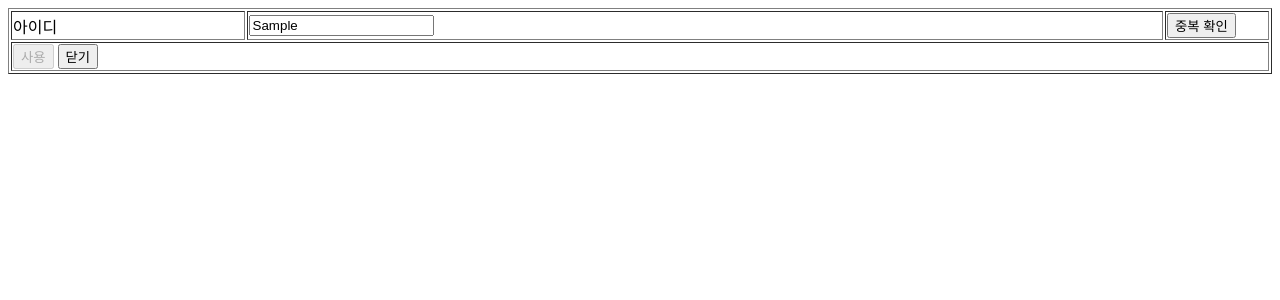
Repository: Leewonhoo/kostaweb
Page: Jsp_sample/WebContent/idchecked.html
These files come from the project's save history. The page is drawn as it stood at one moment and after the next save; the edit follows.
The browser window is 1280 px wide. The pictures show the whole page.
Empty fields were first filled with sample values (such as "Sample", 5 or name@example.com).
After loading, the first visible `input[onclick="idcheck()"]` was clicked once.

Above is the page before, as saved 2017-09-13 05:12:24.
Console error: SyntaxError: Unexpected token '}'

After the next save:
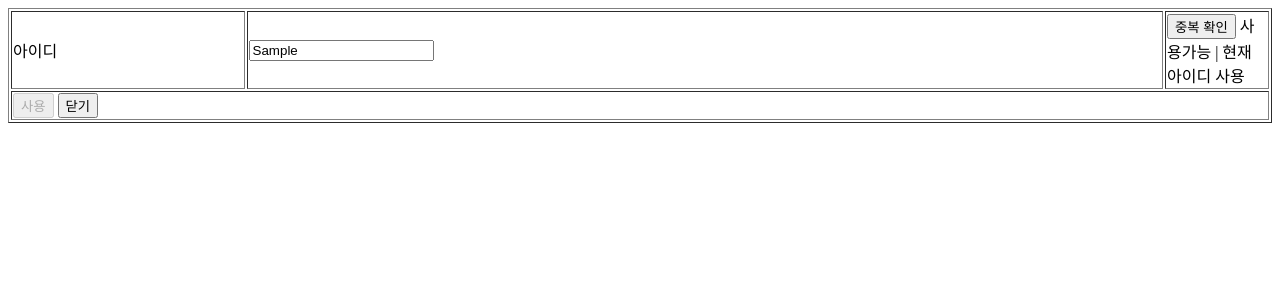
Console error: TypeError: Cannot read properties of null (reading 'document')
Saved 2 min 24 s later.
--- a/Jsp_sample/WebContent/idchecked.html
+++ b/Jsp_sample/WebContent/idchecked.html
@@ -16,7 +16,14 @@
 	/*중복검사*/
 	function idcheck(){
 		var id = document.getElementById("reid").value;
-		if (id)
+		var use = document.getElementById("use");
+		if (id == "zxczxc"){
+			document.getElementById("result").innerText="중복 | 다른 아이디 사용";
+			use.disabled = true;
+		} else {
+			document.getElementById("result").innerText="사용가능 | 현재 아이디 사용";
+			use.disabled = true;
+		}
 	}
 	/*아이디 사용*/
 	function iduse(){
@@ -36,12 +43,12 @@
 				<td colspan="2" width="100px"><input id="reid" name="reid" type="text"></td>
 				<td width="100px">
 					<input type="button" value="중복 확인" onclick="idcheck()">
-					<span></span>
+					<span id="result"></span>
 				</td>
 			</tr>
 			<tr>
 				<td colspan="4">
-					<input type="button" value="사용" onclick="iduse()" disabled>
+					<input id="use" type="button" value="사용" onclick="iduse()" disabled>
 					<input type="button" value="닫기" onclick="window.close()">
 				</td>
 			</tr>
